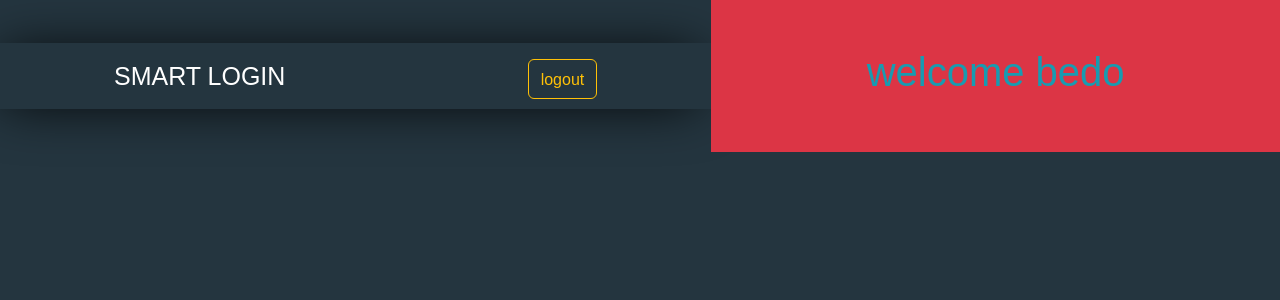
Repository: bodajava/TASK-4
Page: theerdIndex.html
These files come from the project's save history. The page is drawn as it stood at one moment and after the next save; the edit follows.
The browser window is 1280 px wide. The pictures show the whole page.

Above is the page before, as saved 2025-06-18 19:35:54.

### theerdIndex.html
<!DOCTYPE html>
<html lang="en">
  <head>
    <link rel="stylesheet" href="CSS/all.min.css" />
    <link rel="stylesheet" href="CSS/bootstrap.css" />
    <link rel="stylesheet" href="CSS/style.css" />
    <meta charset="UTF-8" />
    <meta name="viewport" content="width=device-width, initial-scale=1.0" />
    <title>Document</title>
  </head>
  <body>
    <div id="container" class="container-fluid">
      <nav
        id="nav"
        class="container navbar navbar-expand-lg bg-body-tertiary pt-0 pb-0"
      >
        <div class="container-fluid">
          <a id="margen" class="navbar-brand" href="#">SMART LOGIN</a>

          <button
            class="navbar-toggler"
            type="button"
            data-bs-toggle="collapse"
            data-bs-target="#navbarSupportedContent"
            aria-controls="navbarSupportedContent"
            aria-expanded="false"
            aria-label="Toggle navigation"
          >
            <span class="navbar-toggler-icon"></span>
          </button>

          <div class="collapse navbar-collapse" id="navbarSupportedContent">
            <ul class="navbar-nav ms-auto mb-2 mb-lg-0">
              <li>
                <a
                  class="pt-2 mt-3 btn btn-outline-warning w-100 d-flex align-items-center"
                  href=""
                  >logout</a
                >
              </li>
            </ul>
          </div>
        </div>
      </nav>
    </div>

    <div
      class="group m-auto w-75 p-5 d-flex justify-content-center align-items-center bg-danger"
    >
      <h1 id="userName">welcome bedo</h1>
    </div>

    <script src="js/bootstrap.bundle.min.js"></script>
    <script src="js/index.js"></script>
  </body>
</html>

### CSS/style.css
* {
  padding: 0;
  margin: 0;
  box-sizing: border-box;
}

body {
  background-color: #24353f;
  display: flex;
  justify-content: center;
  align-items: center;
  font-family: Arial, sans-serif;
}

#item {
  margin-top: 60px;
  margin-left: 390px;
  margin-right: 390px;
  padding-left: 15px;
  padding-right: 15px;
}

#item2 {
  box-shadow: 0 0 20px rgba(0, 0, 0, 0.2);
  margin-left: 138.75px;
  margin-right: 138.75px;
  padding-left: 60px;
  padding-right: 60px;
  padding-top: 60px;
  padding-bottom: 60px;
}

h1 {
  color: #189bb1;
}

.anchor {
  text-decoration: none;
}

.anchor:hover {
  text-decoration: underline;
}

.paragraph {
  font-size: 20px;
  line-height: 30px;
  font-weight: 400;
  color: white;
}

.paragraph a {
  font-size: 20px;
  line-height: 30px;
  font-weight: 400;
  color: white;
}

.form-control {
  background-color: #24353f;
  border: 1px solid white;
  color: #fff;
  border-radius: 5px;
}

.form-control::placeholder {
  color: #a0a0a0;
}

.form-control:focus {
  background-color: #24353f;
  color: #fff;
  border-color: #189bb1;
  outline: none;
  box-shadow: none;
}

.btnn {
  text-decoration: none;
  color: #189bb1;
}

.btnn:hover {
  color: white;
}

#box {
  box-shadow: -5px 2px 54px -9px rgba(0, 0, 0, 1);
}

#nav {
  background-color: #24353f !important;
}

#container {
  box-shadow: -5px 2px 54px -9px rgba(0, 0, 0, 1);
}

#margen {
  margin-left: 90px;
  font-size: 25px;
  line-height: 38px;
  font-weight: 400;
  color: white;
}

ul li {
  margin-right: 90px;
  padding-bottom: 10px;
}

Loaded but not shown: CSS/all.min.css (library); CSS/bootstrap.css (library); js/bootstrap.bundle.min.js (library); js/index.js (no copy from this time; the picture is the same without it)

After the next save:
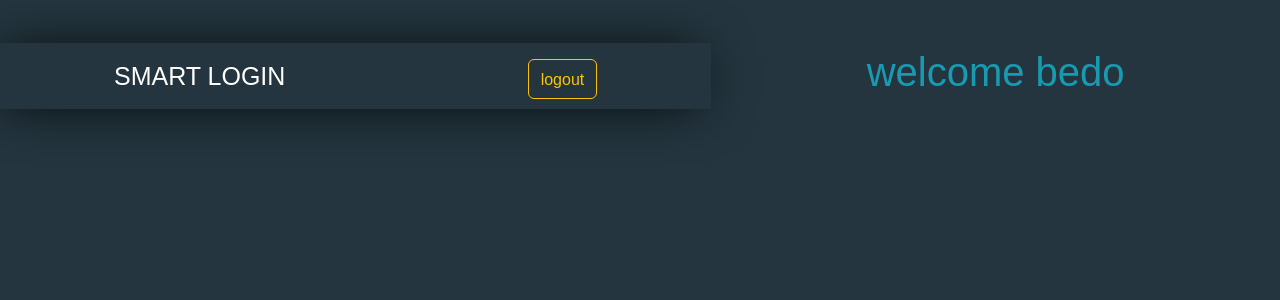
Saved 2 min 0 s later.
--- a/theerdIndex.html
+++ b/theerdIndex.html
@@ -45,11 +45,10 @@
     </div>
 
     <div
-      class="group m-auto w-75 p-5 d-flex justify-content-center align-items-center bg-danger"
+      class="group m-auto w-75 p-5 d-flex justify-content-center align-items-center bgda"
     >
       <h1 id="userName">welcome bedo</h1>
     </div>
-
     <script src="js/bootstrap.bundle.min.js"></script>
     <script src="js/index.js"></script>
   </body>
